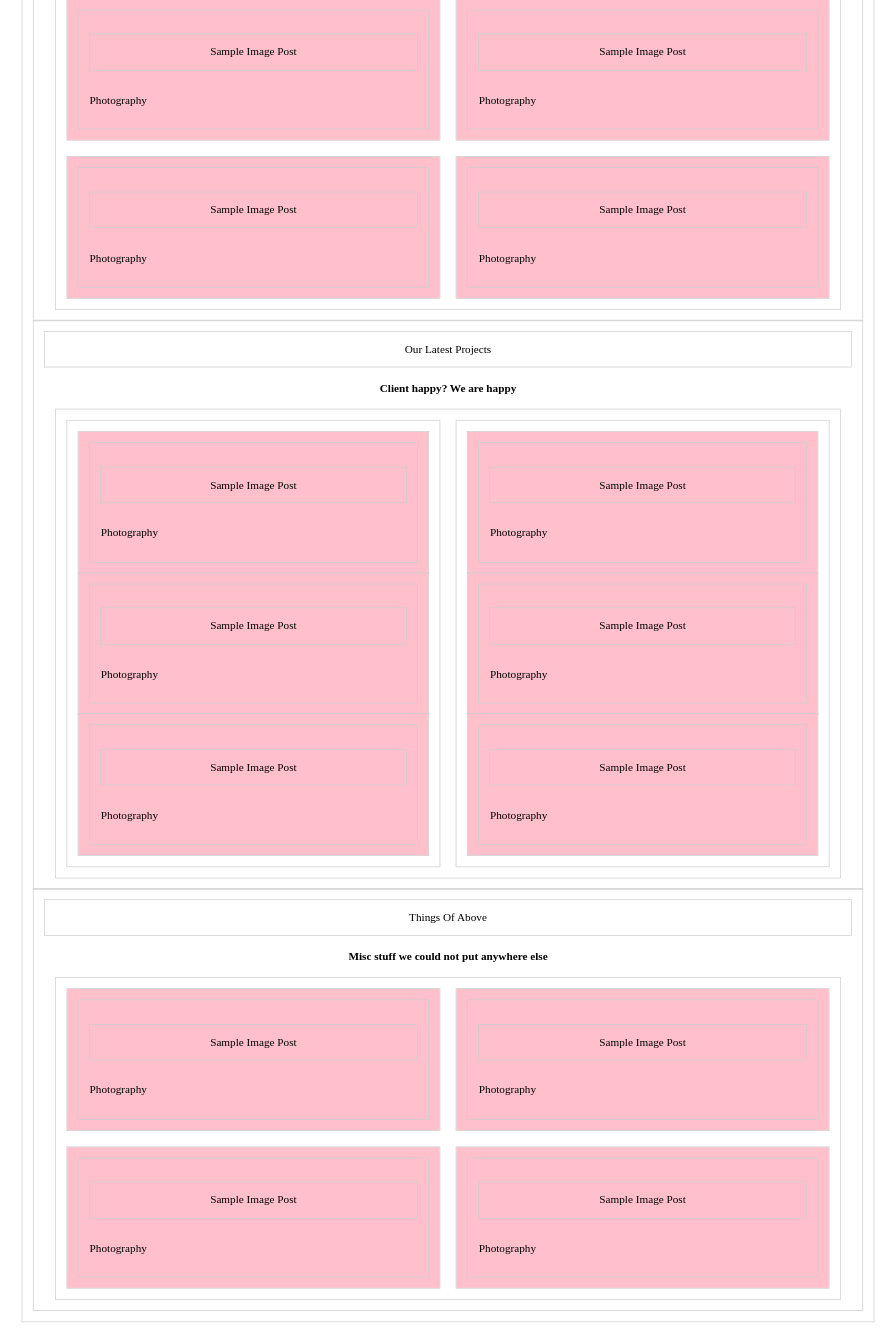
Repository: kionale/Project1_Lab3_ResponsiveLayout
Page: index.html
An editor plug-in stored every save of this project. The page is shown before and after the next save, followed by the edit.
The browser window is 1280 px wide. The pictures show the part of the page from y = 1197 to 3117 px (the page is 3117 px tall before and 2751 px after), at 70% of full size.

Above is the page before, as saved 2023-01-25 22:27:04.

After the next save:
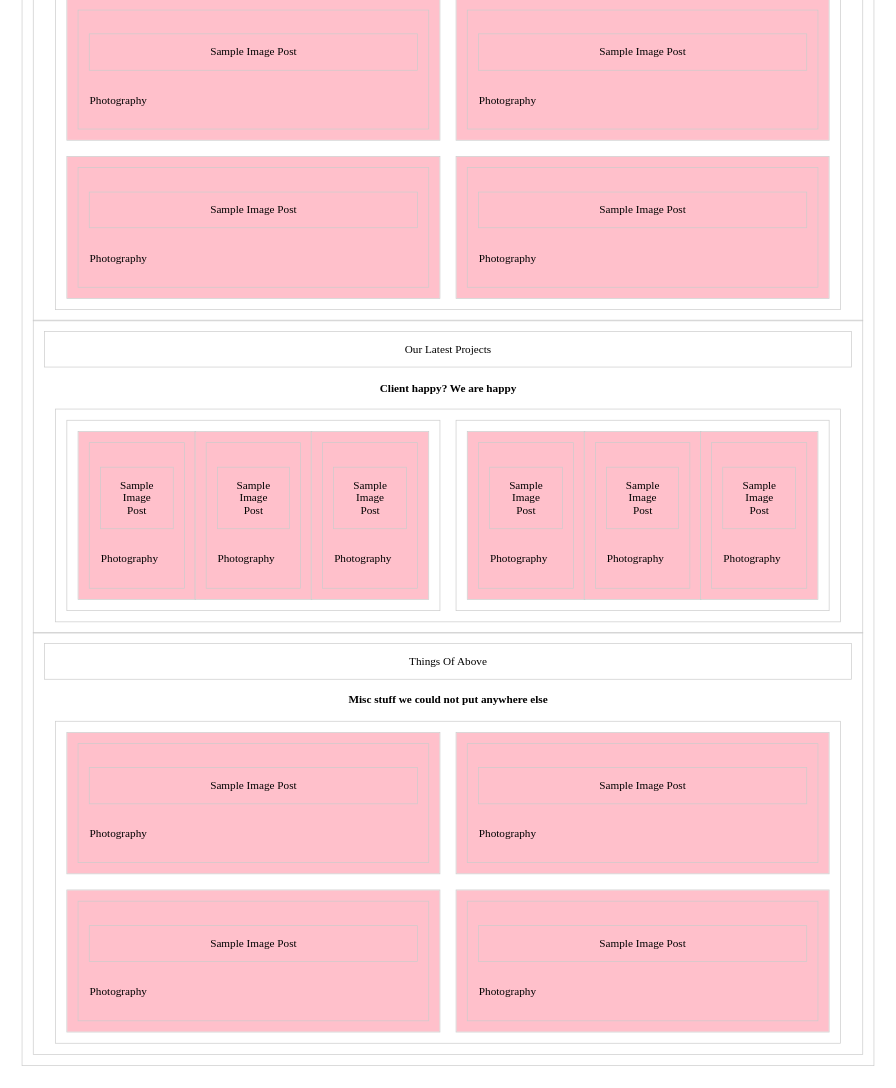
Saved 2 min 47 s later.
--- a/css/main.css
+++ b/css/main.css
@@ -84,6 +84,7 @@ li {
   margin: 0;
   list-style: none;
 }
+
 .row {
   display: grid;
   row-gap: 1rem;
@@ -107,3 +108,12 @@ li {
     grid-template-columns: 1fr 1fr;
   }
 }
+
+
+.top__row__latest {
+  display: flex;
+}
+
+.bottom__row__latest {
+  display: flex;
+}
